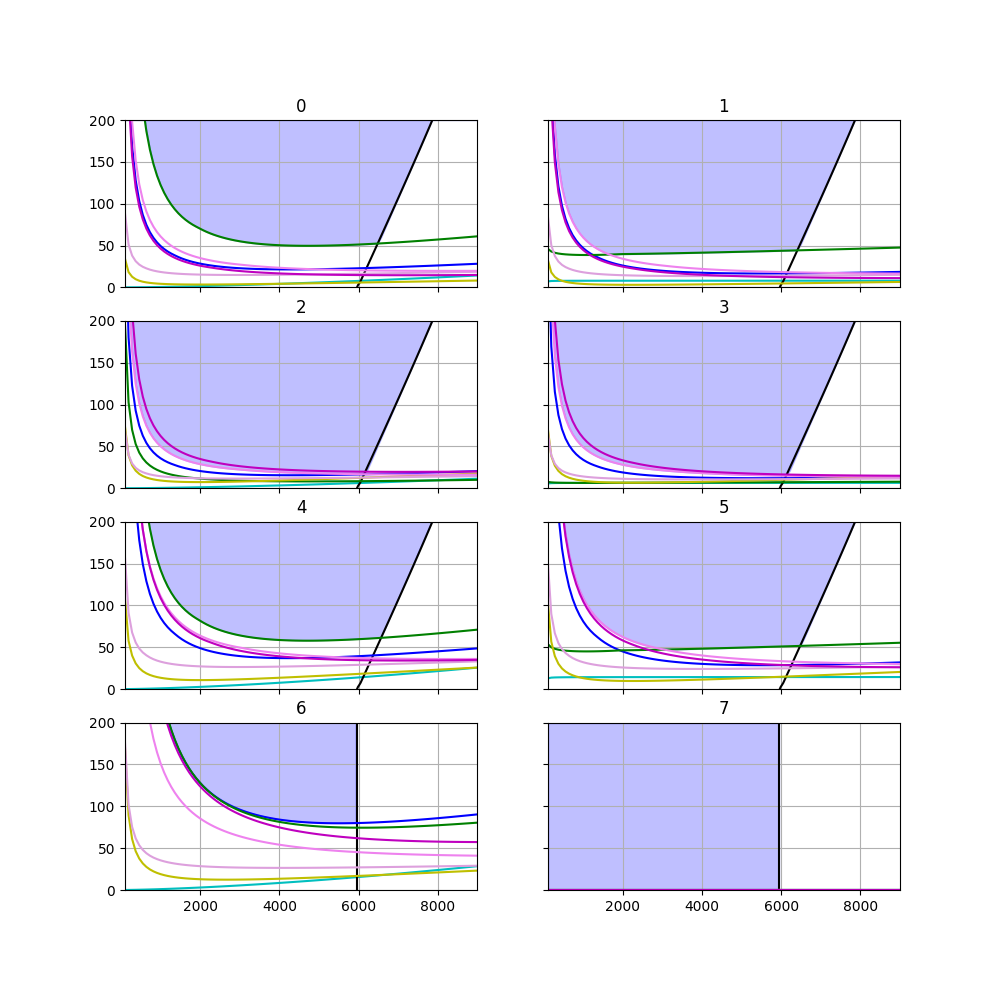
Repository: 12libao/DEA
Script's output: python Sizing_Method/ConstrainsAnalysis/ConstrainsAnalysisPDP1P2.py
An editor plug-in stored every save of this project. The script's output is shown before and after the next save, followed by the edit.
Random numbers start from a fixed seed.

Above is the script's output before, as saved 2021-07-12 16:06:35.

### Sizing_Method/ConstrainsAnalysis/ConstrainsAnalysisPDP1P2.py
# author: Bao Li #
# Georgia Institute of Technology #
import sys
import os

sys.path.insert(0, os.getcwd())

import numpy as np
import matplotlib.pylab as plt
import Sizing_Method.Other.US_Standard_Atmosphere_1976 as atm
import Sizing_Method.Aerodynamics.ThrustLapse as thrust_lapse
import Sizing_Method.Aerodynamics.Aerodynamics as ad
import Sizing_Method.ConstrainsAnalysis.ConstrainsAnalysis as ca
import Sizing_Method.ConstrainsAnalysis.ConstrainsAnalysisPD as ca_pd


"""
The unit use is IS standard
"""


class ConstrainsAnalysis_Mattingly_Method_with_DP_turbofun:
    """This is a power-based master constraints analysis"""

    def __init__(self, altitude, velocity, beta, wing_load, Hp=0.5, number_of_motor=12, C_DR=0):
        """

        :param beta: weight fraction
        :param Hp: P_motor/P_total
        :param n: number of motor
        :param K1: drag polar coefficient for 2nd order term
        :param K2: drag polar coefficient for 1st order term
        :param C_D0: the drag coefficient at zero lift
        :param C_DR: additional drag caused, for example, by external stores,
        braking parachutes or flaps, or temporary external hardware

        :return:
            power load: P_WTO
        """

        self.h = altitude
        self.v = velocity
        self.rho = atm.atmosphere(geometric_altitude=self.h).density()

        self.beta = beta
        self.hp = Hp
        self.n = number_of_motor

        # power lapse ratio
        self.alpha = thrust_lapse.thrust_lapse_calculation(altitude=self.h,
                                                           velocity=self.v).high_bypass_ratio_turbofan()

        self.k1 = ad.aerodynamics_without_pd(self.h, self.v).K1()
        self.k2 = ad.aerodynamics_without_pd(self.h, self.v).K2()
        self.cd0 = ad.aerodynamics_without_pd(self.h, self.v).CD_0()
        self.cdr = C_DR

        self.w_s = wing_load
        self.g0 = 9.80665

        self.coefficient = (1 - self.hp) * self.beta * self.v / self.alpha

        # Estimation of ΔCL and ΔCD
        pd = ad.aerodynamics_with_pd(
            self.h, self.v, Hp=self.hp, n=n, W_S=self.w_s)
        self.q = 0.5 * self.rho * self.v ** 2
        self.cl = self.beta * self.w_s / self.q
        # print(self.cl)
        self.delta_cl = pd.delta_lift_coefficient(self.cl)
        self.delta_cd0 = pd.delta_CD_0()

    def master_equation(self, n, dh_dt, dV_dt):
        cl = self.cl * n + self.delta_cl

        cd = self.k1 * cl ** 2 + self.k2 * cl + self.cd0 + self.cdr + self.delta_cd0
        p_w = self.coefficient * \
            (self.q / (self.beta * self.w_s) *
             cd + dh_dt / self.v + dV_dt / self.g0)
        return p_w

    def cruise(self):
        p_w = ConstrainsAnalysis_Mattingly_Method_with_DP_turbofun.master_equation(
            self, n=1, dh_dt=0, dV_dt=0)
        return p_w

    def climb(self, roc):
        p_w = ConstrainsAnalysis_Mattingly_Method_with_DP_turbofun.master_equation(
            self, n=1, dh_dt=roc, dV_dt=0)
        return p_w

    def level_turn(self, turn_rate=3, v=100):
        """
        assume 2 min for 360 degree turn, which is 3 degree/seconds
        assume turn at 300 knots, which is about 150 m/s
        """
        load_factor = (1 + ((turn_rate * np.pi / 180)
                       * v / self.g0) ** 2) ** 0.5
        p_w = ConstrainsAnalysis_Mattingly_Method_with_DP_turbofun.master_equation(
            self, n=load_factor, dh_dt=0, dV_dt=0)
        return p_w

    def take_off(self):
        """
        A320neo take-off speed is about 150 knots, which is about 75 m/s
        required runway length is about 2000 m
        K_TO is a constant greater than one set to 1.2 (generally specified by appropriate flying regulations)
        """
        Cl_max_to = 2.3  # 2.3
        K_TO = 1.2  # V_TO / V_stall
        s_G = 1266
        p_w = 2 / 3 * self.coefficient / self.v * self.beta * K_TO ** 2 / (
            s_G * self.rho * self.g0 * Cl_max_to) * self.w_s ** (
            3 / 2)
        return p_w

    def stall_speed(self, V_stall_to=65, Cl_max_to=2.3):
        V_stall_ld = 62

        Cl_max_ld = 2.87

        W_S_1 = 1 / 2 * self.rho * V_stall_to ** 2 * \
            (Cl_max_to + self.delta_cl)
        W_S_2 = 1 / 2 * self.rho * V_stall_ld ** 2 * \
            (Cl_max_ld + self.delta_cl)

        W_S = min(W_S_1, W_S_2)
        return W_S

    def service_ceiling(self, roc=0.5):
        p_w = ConstrainsAnalysis_Mattingly_Method_with_DP_turbofun.master_equation(
            self, n=1, dh_dt=roc, dV_dt=0)
        return p_w

    allFuncs = [take_off, stall_speed, cruise,
                service_ceiling, level_turn, climb]


class ConstrainsAnalysis_Mattingly_Method_with_DP_electric:
    """This is a power-based master constraints analysis

    the difference between turbofun and electric for constrains analysis:
    1. assume the thrust_lapse = 1 for electric propution
    2. hp = 1 - hp_turbofun
    """

    def __init__(self, altitude, velocity, beta, wing_load, Hp=0.5, number_of_motor=12, C_DR=0):
        """

        :param beta: weight fraction
        :param Hp: P_motor/P_total
        :param n: number of motor
        :param K1: drag polar coefficient for 2nd order term
        :param K2: drag polar coefficient for 1st order term
        :param C_D0: the drag coefficient at zero lift
        :param C_DR: additional drag caused, for example, by external stores,
        braking parachutes or flaps, or temporary external hardware

        :return:
            power load: P_WTO
        """

        self.h = altitude
        self.v = velocity
        self.rho = atm.atmosphere(geometric_altitude=self.h).density()

        self.beta = beta
        self.hp = Hp  # this is the difference part compare with turbofun
        self.n = number_of_motor

        # power lapse ratio
        self.alpha = 1  # this is the difference part compare with turbofun

        self.k1 = ad.aerodynamics_without_pd(self.h, self.v).K1()
        self.k2 = ad.aerodynamics_without_pd(self.h, self.v).K2()
        self.cd0 = ad.aerodynamics_without_pd(self.h, self.v).CD_0()
        self.cdr = C_DR

        self.w_s = wing_load
        self.g0 = 9.80665

        self.coefficient = self.hp * self.beta * self.v / self.alpha

        # Estimation of ΔCL and ΔCD
        pd = ad.aerodynamics_with_pd(
            self.h, self.v, Hp=self.hp, n=n, W_S=self.w_s)
        self.q = 0.5 * self.rho * self.v ** 2
        self.cl = self.beta * self.w_s / self.q
        # print(self.cl)
        self.delta_cl = pd.delta_lift_coefficient(self.cl)
        self.delta_cd0 = pd.delta_CD_0()

    def master_equation(self, n, dh_dt, dV_dt):
        cl = self.cl * n + self.delta_cl

        cd = self.k1 * cl ** 2 + self.k2 * cl + self.cd0 + self.cdr + self.delta_cd0
        p_w = self.coefficient * \
            (self.q / (self.beta * self.w_s) *
             cd + dh_dt / self.v + dV_dt / self.g0)
        return p_w

    def cruise(self):
        p_w = ConstrainsAnalysis_Mattingly_Method_with_DP_electric.master_equation(
            self, n=1, dh_dt=0, dV_dt=0)
        return p_w

    def climb(self, roc):
        p_w = ConstrainsAnalysis_Mattingly_Method_with_DP_electric.master_equation(
            self, n=1, dh_dt=roc, dV_dt=0)
        return p_w

    def level_turn(self, turn_rate=3, v=100):
        """
        assume 2 min for 360 degree turn, which is 3 degree/seconds
        assume turn at 300 knots, which is about 150 m/s
        """
        load_factor = (1 + ((turn_rate * np.pi / 180)
                       * v / self.g0) ** 2) ** 0.5
        p_w = ConstrainsAnalysis_Mattingly_Method_with_DP_electric.master_equation(
            self, n=load_factor, dh_dt=0, dV_dt=0)
        return p_w

    def take_off(self):
        """
        A320neo take-off speed is about 150 knots, which is about 75 m/s
        required runway length is about 2000 m
        K_TO is a constant greater than one set to 1.2 (generally specified by appropriate flying regulations)
        """
        Cl_max_to = 2.3  # 2.3
        K_TO = 1.2  # V_TO / V_stall
        s_G = 1266
        p_w = 2 / 3 * self.coefficient / self.v * self.beta * K_TO ** 2 / (
            s_G * self.rho * self.g0 * Cl_max_to) * self.w_s ** (
            3 / 2)
        return p_w

    def stall_speed(self, V_stall_to=65, Cl_max_to=2.3):
        V_stall_ld = 62

        Cl_max_ld = 2.87

        W_S_1 = 1 / 2 * self.rho * V_stall_to ** 2 * \
            (Cl_max_to + self.delta_cl)
        W_S_2 = 1 / 2 * self.rho * V_stall_ld ** 2 * \
            (Cl_max_ld + self.delta_cl)

        W_S = min(W_S_1, W_S_2)
        return W_S

    def service_ceiling(self, roc=0.5):
        p_w = ConstrainsAnalysis_Mattingly_Method_with_DP_electric.master_equation(
            self, n=1, dh_dt=roc, dV_dt=0)
        return p_w

    allFuncs = [take_off, stall_speed, cruise,
                service_ceiling, level_turn, climb]


class ConstrainsAnalysis_Gudmundsson_Method_with_DP_turbofun:
    """This is a power-based master constraints analysis based on Gudmundsson_method"""

    def __init__(self, altitude, velocity, beta, wing_load, Hp=0.5, number_of_motor=12, e=0.75, AR=10.3):
        """

        :param beta: weight fraction
        :param e: wing planform efficiency factor is between 0.75 and 0.85, no more than 1
        :param AR: wing aspect ratio, normally between 7 and 10

        :return:
            power load: P_WTO
        """

        self.h = altitude
        self.v = velocity
        self.beta = beta
        self.w_s = wing_load
        self.g0 = 9.80665

        self.beta = beta
        self.hp = Hp
        self.n = number_of_motor

        self.rho = atm.atmosphere(geometric_altitude=self.h).density()

        # power lapse ratio
        self.alpha = thrust_lapse.thrust_lapse_calculation(altitude=self.h,
                                                           velocity=self.v).high_bypass_ratio_turbofan()
        h = 2.43  # height of winglets
        b = 35.8
        # equation 9-88, If the wing has winglets the aspect ratio should be corrected
        ar_corr = AR * (1 + 1.9 * h / b)
        self.k = 1 / (np.pi * ar_corr * e)
        self.coefficient = (1 - self.hp) * self.beta * self.v / self.alpha

        # Estimation of ΔCL and ΔCD
        pd = ad.aerodynamics_with_pd(
            self.h, self.v, Hp=self.hp, n=n, W_S=self.w_s)
        self.q = 0.5 * self.rho * self.v ** 2
        cl = self.beta * self.w_s / self.q
        self.delta_cl = pd.delta_lift_coefficient(cl)
        self.delta_cd0 = pd.delta_CD_0()

        # TABLE 3-1 Typical Aerodynamic Characteristics of Selected Classes of Aircraft
        cd_min = 0.02
        cd_to = 0.03
        cl_to = 0.8

        self.v_to = 68
        self.s_g = 1480
        self.mu = 0.04

        self.cd_min = cd_min + self.delta_cd0
        self.cl = cl + self.delta_cl

        self.cd_to = cd_to + self.delta_cd0
        self.cl_to = cl_to + self.delta_cl

    def cruise(self):
        p_w = self.q / self.w_s * (self.cd_min + self.k * self.cl ** 2)
        return p_w * self.coefficient

    def climb(self, roc):
        p_w = roc / self.v + self.q * self.cd_min / self.w_s + self.k * self.cl
        return p_w * self.coefficient

    def level_turn(self, turn_rate=3, v=100):
        """
        assume 2 min for 360 degree turn, which is 3 degree/seconds
        assume turn at 100 m/s
        """
        load_factor = (1 + ((turn_rate * np.pi / 180)
                       * v / self.g0) ** 2) ** 0.5
        q = 0.5 * self.rho * v ** 2
        p_w = q / self.w_s * (self.cd_min + self.k *
                              (load_factor / q * self.w_s + self.delta_cl) ** 2)
        return p_w * self.coefficient

    def take_off(self):
        q = self.q / 2
        p_w = self.v_to ** 2 / (2 * self.g0 * self.s_g) + q * self.cd_to / self.w_s + self.mu * (
            1 - q * self.cl_to / self.w_s)
        return p_w * self.coefficient

    def service_ceiling(self, roc=0.5):
        vy = (2 / self.rho * self.w_s *
              (self.k / (3 * self.cd_min)) ** 0.5) ** 0.5
        q = 0.5 * self.rho * vy ** 2
        p_w = roc / vy + q / self.w_s * \
            (self.cd_min + self.k * (self.w_s / q + self.delta_cl) ** 2)
        # p_w = roc / (2 / self.rho * self.w_s * (self.k / (3 * self.cd_min)) ** 0.5) ** 0.5 + 4 * (
        #         self.k * self.cd_min / 3) ** 0.5
        return p_w * self.coefficient

    def stall_speed(self, V_stall_to=65, Cl_max_to=2.3):
        V_stall_ld = 62

        Cl_max_ld = 2.87

        W_S_1 = 1 / 2 * self.rho * V_stall_to ** 2 * \
            (Cl_max_to + self.delta_cl)
        W_S_2 = 1 / 2 * self.rho * V_stall_ld ** 2 * \
            (Cl_max_ld + self.delta_cl)

        W_S = min(W_S_1, W_S_2)
        return W_S

    allFuncs = [take_off, stall_speed, cruise,
                service_ceiling, level_turn, climb]


class ConstrainsAnalysis_Gudmundsson_Method_with_DP_electric:
    """This is a power-based master constraints analysis based on Gudmundsson_method

    the difference between turbofun and electric for constrains analysis:
    1. assume the thrust_lapse = 1 for electric propution
    2. hp = 1 - hp_turbofun
    """

    def __init__(self, altitude, velocity, beta, wing_load, Hp=0.5, number_of_motor=12, e=0.75, AR=10.3):
        """

        :param beta: weight fraction
        :param e: wing planform efficiency factor is between 0.75 and 0.85, no more than 1
        :param AR: wing aspect ratio, normally between 7 and 10

        :return:
            power load: P_WTO
        """

        self.h = altitude
        self.v = velocity
        self.beta = beta
        self.w_s = wing_load
        self.g0 = 9.80665

        self.beta = beta
        self.hp = Hp  # this is the difference part compare with turbofun
        self.n = number_of_motor

        self.rho = atm.atmosphere(geometric_altitude=self.h).density()

        # power lapse ratio
        self.alpha = 1  # this is the difference part compare with turbofun

        h = 2.43  # height of winglets
        b = 35.8
        # equation 9-88, If the wing has winglets the aspect ratio should be corrected
        ar_corr = AR * (1 + 1.9 * h / b)
        self.k = 1 / (np.pi * ar_corr * e)
        self.coefficient = self.hp*self.beta * self.v / self.alpha

        # Estimation of ΔCL and ΔCD
        pd = ad.aerodynamics_with_pd(
            self.h, self.v, Hp=self.hp, n=n, W_S=self.w_s)
        self.q = 0.5 * self.rho * self.v ** 2
        cl = self.beta * self.w_s / self.q
        self.delta_cl = pd.delta_lift_coefficient(cl)
        self.delta_cd0 = pd.delta_CD_0()

        # TABLE 3-1 Typical Aerodynamic Characteristics of Selected Classes of Aircraft
        cd_min = 0.02
        cd_to = 0.03
        cl_to = 0.8

        self.v_to = 68
        self.s_g = 1480
        self.mu = 0.04

        self.cd_min = cd_min + self.delta_cd0
        self.cl = cl + self.delta_cl

        self.cd_to = cd_to + self.delta_cd0
        self.cl_to = cl_to + self.delta_cl

    def cruise(self):
        p_w = self.q / self.w_s * (self.cd_min + self.k * self.cl ** 2)
        return p_w * self.coefficient

    def climb(self, roc):
        p_w = roc / self.v + self.q * self.cd_min / self.w_s + self.k * self.cl
        return p_w * self.coefficient

    def level_turn(self, turn_rate=3, v=100):
        """
        assume 2 min for 360 degree turn, which is 3 degree/seconds
        assume turn at 100 m/s
        """
        load_factor = (1 + ((turn_rate * np.pi / 180)
                       * v / self.g0) ** 2) ** 0.5
        q = 0.5 * self.rho * v ** 2
        p_w = q / self.w_s * (self.cd_min + self.k *
                              (load_factor / q * self.w_s + self.delta_cl) ** 2)
        return p_w * self.coefficient

    def take_off(self):
        q = self.q / 2
        p_w = self.v_to ** 2 / (2 * self.g0 * self.s_g) + q * self.cd_to / self.w_s + self.mu * (
            1 - q * self.cl_to / self.w_s)
        return p_w * self.coefficient

    def service_ceiling(self, roc=0.5):
        vy = (2 / self.rho * self.w_s *
              (self.k / (3 * self.cd_min)) ** 0.5) ** 0.5
        q = 0.5 * self.rho * vy ** 2
        p_w = roc / vy + q / self.w_s * \
            (self.cd_min + self.k * (self.w_s / q + self.delta_cl) ** 2)
        # p_w = roc / (2 / self.rho * self.w_s * (self.k / (3 * self.cd_min)) ** 0.5) ** 0.5 + 4 * (
        #         self.k * self.cd_min / 3) ** 0.5
        return p_w * self.coefficient

    def stall_speed(self, V_stall_to=65, Cl_max_to=2.3):
        V_stall_ld = 62

        Cl_max_ld = 2.87

        W_S_1 = 1 / 2 * self.rho * V_stall_to ** 2 * \
            (Cl_max_to + self.delta_cl)
        W_S_2 = 1 / 2 * self.rho * V_stall_ld ** 2 * \
            (Cl_max_ld + self.delta_cl)
        W_S = min(W_S_1, W_S_2)
        return W_S

    allFuncs = [take_off, stall_speed, cruise,
                service_ceiling, level_turn, climb]

if __name__ == "__main__":
    n = 100
    w_s = np.linspace(100, 9000, n)
    constrains_name = ['take off', 'stall speed', 'cruise', 'service ceiling', 'level turn @3000m',
                       'climb @S-L', 'climb @3000m', 'climb @7000m']
    constrains = np.array([[0, 68, 0.988, 0.5], [0, 80, 1, 0.5], [11300, 230, 0.948, 0.8],
                           [11900, 230, 0.78, 0.5], [3000, 100, 0.984, 0.8], [0, 100, 0.984, 0.5],
                           [3000, 200, 0.975, 0.6], [7000, 230, 0.96, 0.8]])
    color = ['c', 'k', 'b', 'g', 'y', 'plum', 'violet', 'm']
    label = ['feasible region with PD', 'feasible region with PD', 'feasible region Gudmundsson',
             'feasible region without PD', 'feasible region without PD', 'feasible region Mattingly']
    methods = [ConstrainsAnalysis_Mattingly_Method_with_DP_turbofun,
               ConstrainsAnalysis_Gudmundsson_Method_with_DP_turbofun,
               ConstrainsAnalysis_Mattingly_Method_with_DP_electric,
               ConstrainsAnalysis_Gudmundsson_Method_with_DP_electric,
               ConstrainsAnalysis_Mattingly_Method_with_DP_turbofun,
               ConstrainsAnalysis_Gudmundsson_Method_with_DP_turbofun,
               ConstrainsAnalysis_Mattingly_Method_with_DP_turbofun,
               ca_pd.ConstrainsAnalysis_Gudmundsson_Method_with_DP]
    subtitle = ["0", "1",'2','3','4','5','6','7']
    m = constrains.shape[0]
    p_w = np.zeros([m, n, 8])

    # plots
    fig, ax = plt.subplots(4, 2, sharex=True, sharey=True, figsize=(10, 10))
    ax = ax.flatten()
    for k in range(8):
        for i in range(m):
            for j in range(n):
                h = constrains[i, 0]
                v = constrains[i, 1]
                beta = constrains[i, 2]
                hp = constrains[i, 3]

                # calculate p_w
                if k < 4:
                    problem = methods[k](h, v, beta, w_s[j], hp)
                    if i >= 5:
                        p_w[i, j, k] = problem.allFuncs[-1](problem, roc=15 - 5 * (i - 5))
                    else:
                        p_w[i, j, k] = problem.allFuncs[i](problem)
                elif k > 5:
                    problem = methods[k](h, v, beta, w_s[j], Hp=0)
                    if i >= 5:
                        p_w[i, j, k] = problem.allFuncs[-1](problem, roc=15 - 5 * (i - 5))
                    else:
                        p_w[i, j, k] = problem.allFuncs[i](problem)
                elif k == 4:
                    if i == 1:
                        problem = methods[k](h, v, beta, w_s[j], hp)
                        p_w[i, j, k] = problem.allFuncs[i](problem)
                    else:
                        p_w[i, j, k] = p_w[i, j, 0] + p_w[i, j, 2]
                else:
                    if i == 1:
                        problem = methods[k](h, v, beta, w_s[j], hp)
                        p_w[i, j, k] = problem.allFuncs[i](problem)
                    else:
                        p_w[i, j, k] = p_w[i, j, 1] + p_w[i, j, 3]

            if i == 1:
                ax[k].plot(p_w[i, :, k], np.linspace(0, 250, n), color=color[i], label=constrains_name[i])
            else:
                ax[k].plot(w_s, p_w[i, :, k], color=color[i], label=constrains_name[i])
        p_w[1, :, k] = 200 / (p_w[1, -1, k] - p_w[1, 20, k]) * (w_s - p_w[1, 2, k])
        ax[k].fill_between(w_s, np.amax(p_w[0:m - 1, :, k], axis=0), 200, color='b', alpha=0.25)
        # plt.xlabel('Wing Load: $W_{TO}$/S (N/${m^2}$)')
        # plt.ylabel('Power-to-Load: $P_{SL}$/$W_{TO}$ (W/N)')
        # ax[k].legend(bbox_to_anchor=(1.002, 1), loc="upper left")
        # plt.gca().add_artist(l1)
        ax[k].set_xlim(100, 9000)
        ax[k].set_ylim(0, 200)
        # plt.tight_layout()
        ax[k].set_title(subtitle[k])
        ax[k].grid()
    plt.show()

### Sizing_Method/Aerodynamics/MachNmuber.py
# author: Bao Li #
# Georgia Institute of Technology #
import sys
import os

sys.path.insert(0, os.getcwd())

import numpy as np
import matplotlib.pylab as plt
import Sizing_Method.Other.US_Standard_Atmosphere_1976 as atm


class mach:
    """Mach Number"""

    def __init__(self, altitude, velocity):
        """

        :input h (m): altitude
               v (m/s): velocity

        :output a: Mach number
        """
        self.h = altitude
        self.v = velocity
        self.atoms = atm.atmosphere(self.h)

    def mach_number(self):
        a = self.v / self.atoms.sound_speed()
        return a

Loaded but not shown: Sizing_Method/ConstrainsAnalysis/ConstrainsAnalysisPD.py (301 lines, source omitted); Sizing_Method/ConstrainsAnalysis/ConstrainsAnalysis.py (271 lines, source omitted); Sizing_Method/Aerodynamics/Aerodynamics.py (174 lines, source omitted); Sizing_Method/Other/US_Standard_Atmosphere_1976.py (166 lines, source omitted); Sizing_Method/Aerodynamics/ThrustLapse.py (91 lines, source omitted)

After the next save:
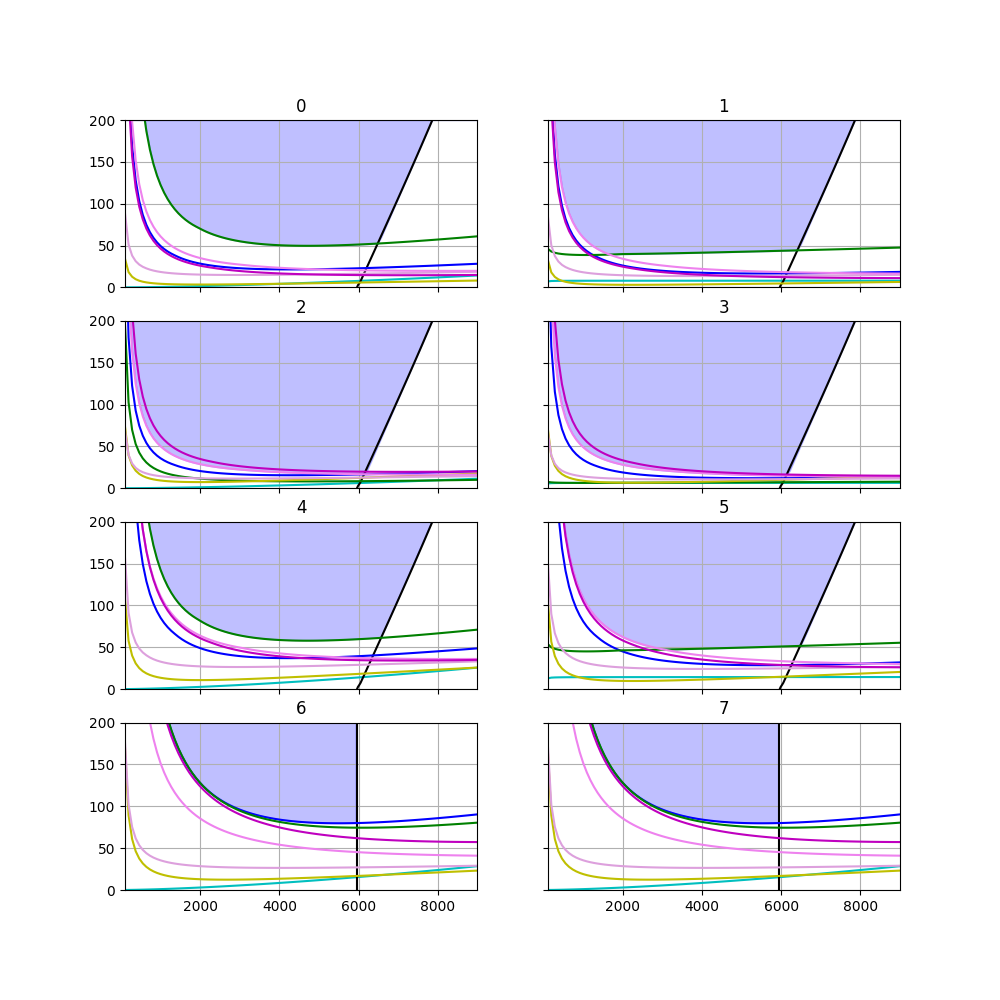
Saved 4 s later.
--- a/Sizing_Method/ConstrainsAnalysis/ConstrainsAnalysisPDP1P2.py
+++ b/Sizing_Method/ConstrainsAnalysis/ConstrainsAnalysisPDP1P2.py
@@ -500,7 +500,7 @@ if __name__ == "__main__":
                ConstrainsAnalysis_Mattingly_Method_with_DP_turbofun,
                ConstrainsAnalysis_Gudmundsson_Method_with_DP_turbofun,
                ConstrainsAnalysis_Mattingly_Method_with_DP_turbofun,
-               ca_pd.ConstrainsAnalysis_Gudmundsson_Method_with_DP]
+               ConstrainsAnalysis_Mattingly_Method_with_DP_turbofun]
     subtitle = ["0", "1",'2','3','4','5','6','7']
     m = constrains.shape[0]
     p_w = np.zeros([m, n, 8])
